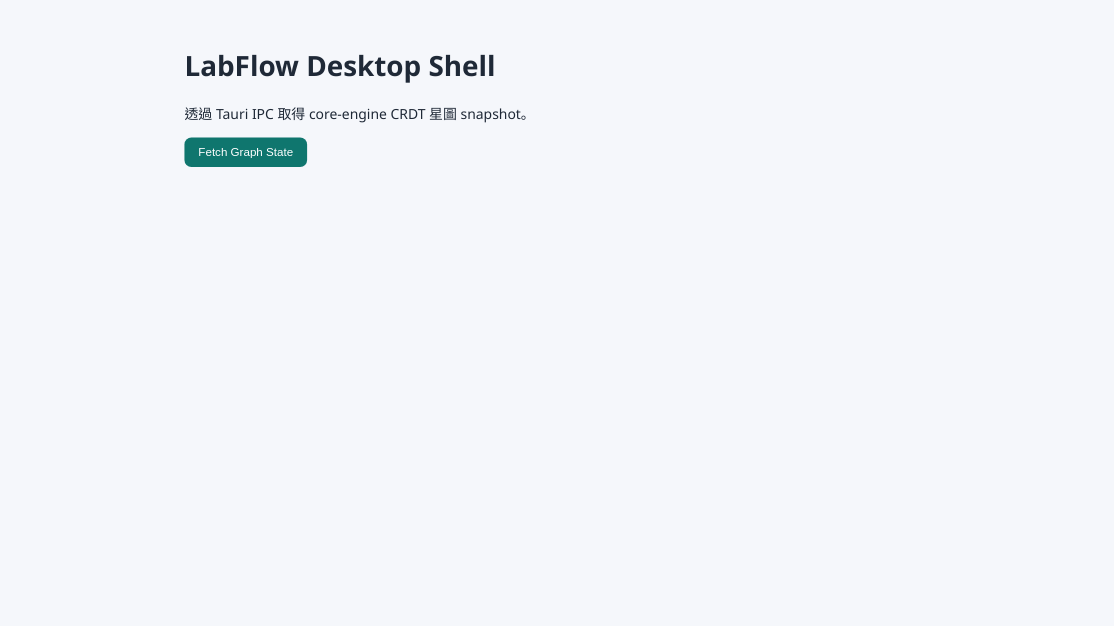
Repository: tico-Lin/LabFlow_Pro
Page: / (app in ui-desktop/)
These files come from the project's save history. The page is drawn as it stood at one moment and after the next save; the edit follows.
The browser window is 1280 px wide. The pictures show the whole page, at 87% of full size.
The project was rebuilt for these pictures with package versions that can differ from the ones it lists, and the page was loaded fresh each time. Also part of the build but not shown: ui-desktop/vite.config.ts.

Above is the page before, as saved 2026-04-13 20:58:22.

### ui-desktop/index.html
<!doctype html>
<html lang="zh-Hant">
  <head>
    <meta charset="UTF-8" />
    <meta name="viewport" content="width=device-width, initial-scale=1.0" />
    <title>LabFlow Desktop</title>
  </head>
  <body>
    <div id="root"></div>
    <script type="module" src="/src/main.tsx"></script>
  </body>
</html>

### ui-desktop/src/main.tsx
import React from "react";
import ReactDOM from "react-dom/client";
import App from "./App";
import "./styles.css";

ReactDOM.createRoot(document.getElementById("root")!).render(
  <React.StrictMode>
    <App />
  </React.StrictMode>
);

### ui-desktop/src/App.tsx
import { useState } from "react";
import { invoke } from "@tauri-apps/api/core";

type GraphStateSnapshot = {
  nodes: Array<{ id: string; label: string; properties: Record<string, string> }>;
  edges: Array<{ id: string; from: string; to: string; label: string }>;
  deleted_edges: string[];
  op_count: number;
};

export default function App() {
  const [snapshot, setSnapshot] = useState<GraphStateSnapshot | null>(null);
  const [loading, setLoading] = useState(false);
  const [error, setError] = useState<string | null>(null);

  const fetchState = async () => {
    setLoading(true);
    setError(null);
    try {
      const next = await invoke<GraphStateSnapshot>("fetch_graph_state");
      setSnapshot(next);
    } catch (err) {
      setError(err instanceof Error ? err.message : String(err));
    } finally {
      setLoading(false);
    }
  };

  return (
    <main className="app-shell">
      <h1>LabFlow Desktop Shell</h1>
      <p>透過 Tauri IPC 取得 core-engine CRDT 星圖 snapshot。</p>
      <button onClick={fetchState} disabled={loading}>
        {loading ? "讀取中..." : "Fetch Graph State"}
      </button>
      {error && <pre className="error">{error}</pre>}
      {snapshot && <pre>{JSON.stringify(snapshot, null, 2)}</pre>}
    </main>
  );
}

### ui-desktop/src/styles.css
* {
  box-sizing: border-box;
}

body {
  margin: 0;
  font-family: "Segoe UI", sans-serif;
  background: #f5f7fb;
  color: #1f2937;
}

.app-shell {
  max-width: 920px;
  margin: 0 auto;
  padding: 2rem;
}

button {
  border: none;
  background: #0f766e;
  color: white;
  padding: 0.6rem 1rem;
  border-radius: 0.5rem;
  cursor: pointer;
}

button[disabled] {
  opacity: 0.7;
  cursor: wait;
}

pre {
  background: #111827;
  color: #e5e7eb;
  border-radius: 0.5rem;
  padding: 1rem;
  overflow: auto;
}

.error {
  border: 1px solid #ef4444;
}

### ui-desktop/src/components/MatrixDashboard.tsx
import { useEffect, useMemo, useRef, useState } from "react";

export enum RenderTier {
  L1_Skeleton = "L1_Skeleton",
  L2_Tooling = "L2_Tooling",
  L3_Advanced = "L3_Advanced"
}

type Capability = {
  tier: RenderTier;
  setTier: (tier: RenderTier) => void;
};

export function useHardwareCapability(): Capability {
  const [tier, setTier] = useState<RenderTier>(() => {
    if (typeof window === "undefined") {
      return RenderTier.L2_Tooling;
    }

    const preset = window.localStorage.getItem("labflow.renderTier");
    if (preset === RenderTier.L1_Skeleton || preset === RenderTier.L2_Tooling || preset === RenderTier.L3_Advanced) {
      return preset;
    }

    return RenderTier.L2_Tooling;
  });

  const updateTier = (next: RenderTier) => {
    setTier(next);
    if (typeof window !== "undefined") {
      window.localStorage.setItem("labflow.renderTier", next);
    }
  };

  return { tier, setTier: updateTier };
}

type GraphCard = {
  id: string;
  title: string;
  x: number;
  y: number;
  w: number;
  h: number;
  content: string[];
};

type GridCardProps = {
  card: GraphCard;
  tier: RenderTier;
};

function L2CanvasChart({ points }: { points: string[] }) {
  const canvasRef = useRef<HTMLCanvasElement>(null);

  useEffect(() => {
    const canvas = canvasRef.current;
    if (!canvas) {
      return;
    }

    const ctx = canvas.getContext("2d");
    if (!ctx) {
      return;
    }

    const width = canvas.width;
    const height = canvas.height;
    ctx.clearRect(0, 0, width, height);
    ctx.fillStyle = "#0f172a";
    ctx.fillRect(0, 0, width, height);

    const barGap = 12;
    const barWidth = Math.max(12, (width - barGap * (points.length + 1)) / points.length);

    points.forEach((_, idx) => {
      const value = 24 + ((idx * 17) % 62);
      const x = barGap + idx * (barWidth + barGap);
      const y = height - value - 20;
      ctx.fillStyle = "#22c55e";
      ctx.fillRect(x, y, barWidth, value);
    });
  }, [points]);

  return <canvas ref={canvasRef} className="tier-canvas" width={380} height={140} />;
}

function L3WebGLStarMap() {
  const canvasRef = useRef<HTMLCanvasElement>(null);
  const [fallback, setFallback] = useState(false);

  useEffect(() => {
    const canvas = canvasRef.current;
    if (!canvas) {
      return;
    }

    const gl = canvas.getContext("webgl2") ?? canvas.getContext("webgl");
    if (!gl) {
      setFallback(true);
      return;
    }

    gl.viewport(0, 0, canvas.width, canvas.height);
    gl.clearColor(0.03, 0.06, 0.13, 1.0);
    gl.clear(gl.COLOR_BUFFER_BIT);
  }, []);

  if (fallback) {
    return <div className="tier-fallback">WebGL unavailable, fallback to L2 canvas.</div>;
  }

  return <canvas ref={canvasRef} className="tier-canvas" width={420} height={170} />;
}

function GridCard({ card, tier }: GridCardProps) {
  const tabletSpan = card.w >= 8 ? 6 : card.w >= 4 ? 3 : 2;

  const style = {
    "--x": card.x,
    "--y": card.y,
    "--w": card.w,
    "--h": card.h,
    "--tablet-span": tabletSpan
  } as React.CSSProperties;

  return (
    <article className="matrix-card" style={style}>
      <header>
        <h3>{card.title}</h3>
        <span>{tier}</span>
      </header>

      {tier === RenderTier.L1_Skeleton && (
        <ul className="tier-list">
          {card.content.map((item) => (
            <li key={item}>{item}</li>
          ))}
        </ul>
      )}

      {tier === RenderTier.L2_Tooling && <L2CanvasChart points={card.content} />}

      {tier === RenderTier.L3_Advanced && <L3WebGLStarMap />}
    </article>
  );
}

export default function MatrixDashboard() {
  const { tier, setTier } = useHardwareCapability();

  const cards = useMemo<GraphCard[]>(
    () => [
      {
        id: "A1",
        title: "Topological Delta Stream",
        x: 0,
        y: 0,
        w: 6,
        h: 4,
        content: ["Node churn", "Edge entropy", "Replica lag", "Conflict rate"]
      },
      {
        id: "B1",
        title: "Consensus Control Plane",
        x: 6,
        y: 0,
        w: 6,
        h: 4,
        content: ["Election horizon", "Clock skew", "State transfer", "Checkpoint"]
      },
      {
        id: "C1",
        title: "Star Graph Focus",
        x: 0,
        y: 4,
        w: 8,
        h: 5,
        content: ["Sector A", "Sector B", "Sector C", "Sector D", "Sector E"]
      },
      {
        id: "D1",
        title: "Agent Runtime Lanes",
        x: 8,
        y: 4,
        w: 4,
        h: 5,
        content: ["L1 skeleton", "L2 tooling", "L3 advanced", "IPC health"]
      }
    ],
    []
  );

  return (
    <section className="matrix-dashboard">
      <div className="dashboard-header">
        <h2>Symmetric Triple-Tier Matrix</h2>
        <div className="tier-switcher">
          <label htmlFor="tier-select">Hardware Tier</label>
          <select
            id="tier-select"
            value={tier}
            onChange={(event) => setTier(event.target.value as RenderTier)}
          >
            <option value={RenderTier.L1_Skeleton}>L1 Skeleton</option>
            <option value={RenderTier.L2_Tooling}>L2 Tooling</option>
            <option value={RenderTier.L3_Advanced}>L3 Advanced</option>
          </select>
        </div>
      </div>

      <div className="virtual-grid" role="list">
        {cards.map((card) => (
          <GridCard key={card.id} card={card} tier={tier} />
        ))}
      </div>
    </section>
  );
}

After the next save:
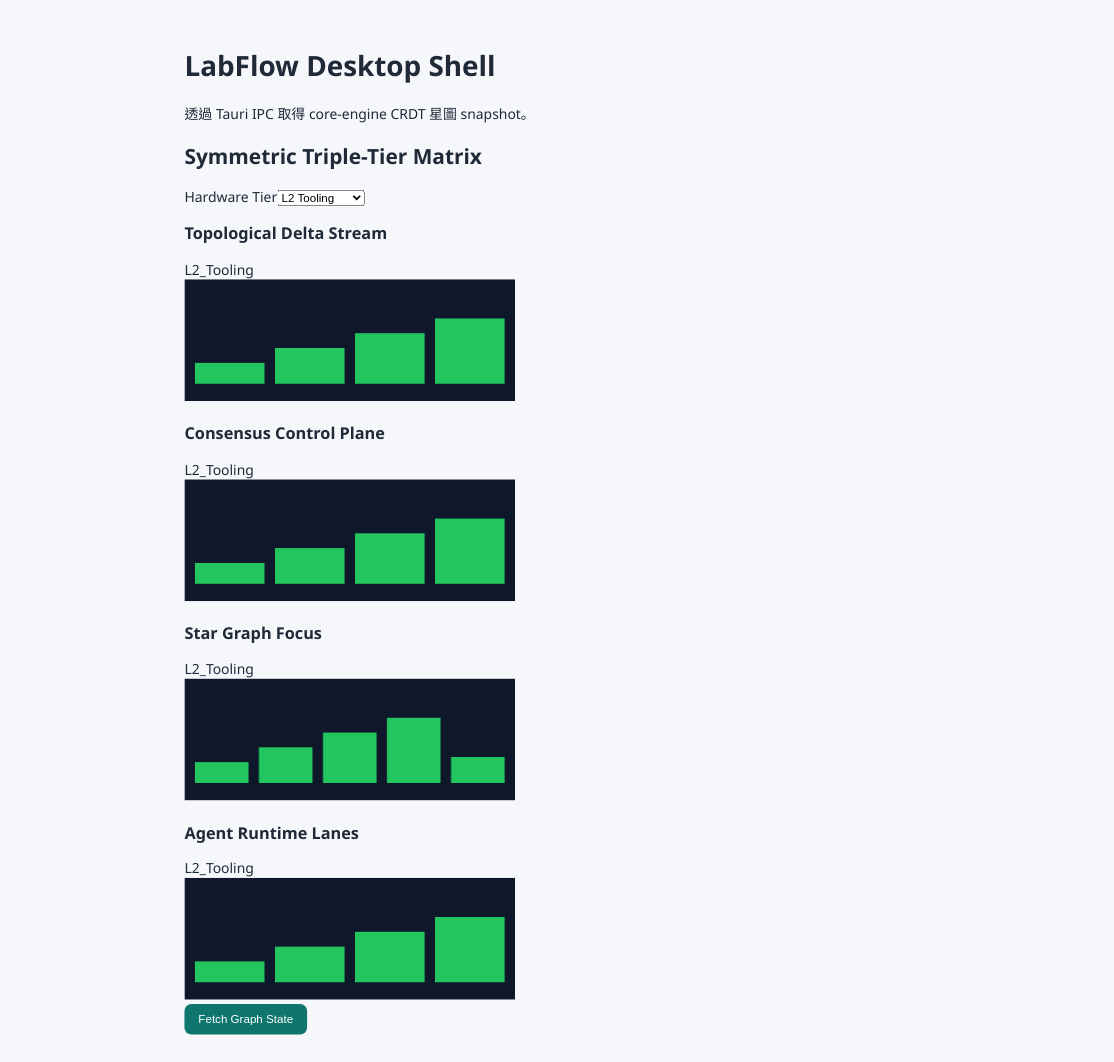
Saved 12 s later.
--- a/ui-desktop/src/App.tsx
+++ b/ui-desktop/src/App.tsx
@@ -1,5 +1,6 @@
 import { useState } from "react";
 import { invoke } from "@tauri-apps/api/core";
+import MatrixDashboard from "./components/MatrixDashboard";
 
 type GraphStateSnapshot = {
   nodes: Array<{ id: string; label: string; properties: Record<string, string> }>;
@@ -30,6 +31,7 @@
     <main className="app-shell">
       <h1>LabFlow Desktop Shell</h1>
       <p>透過 Tauri IPC 取得 core-engine CRDT 星圖 snapshot。</p>
+      <MatrixDashboard />
       <button onClick={fetchState} disabled={loading}>
         {loading ? "讀取中..." : "Fetch Graph State"}
       </button>
